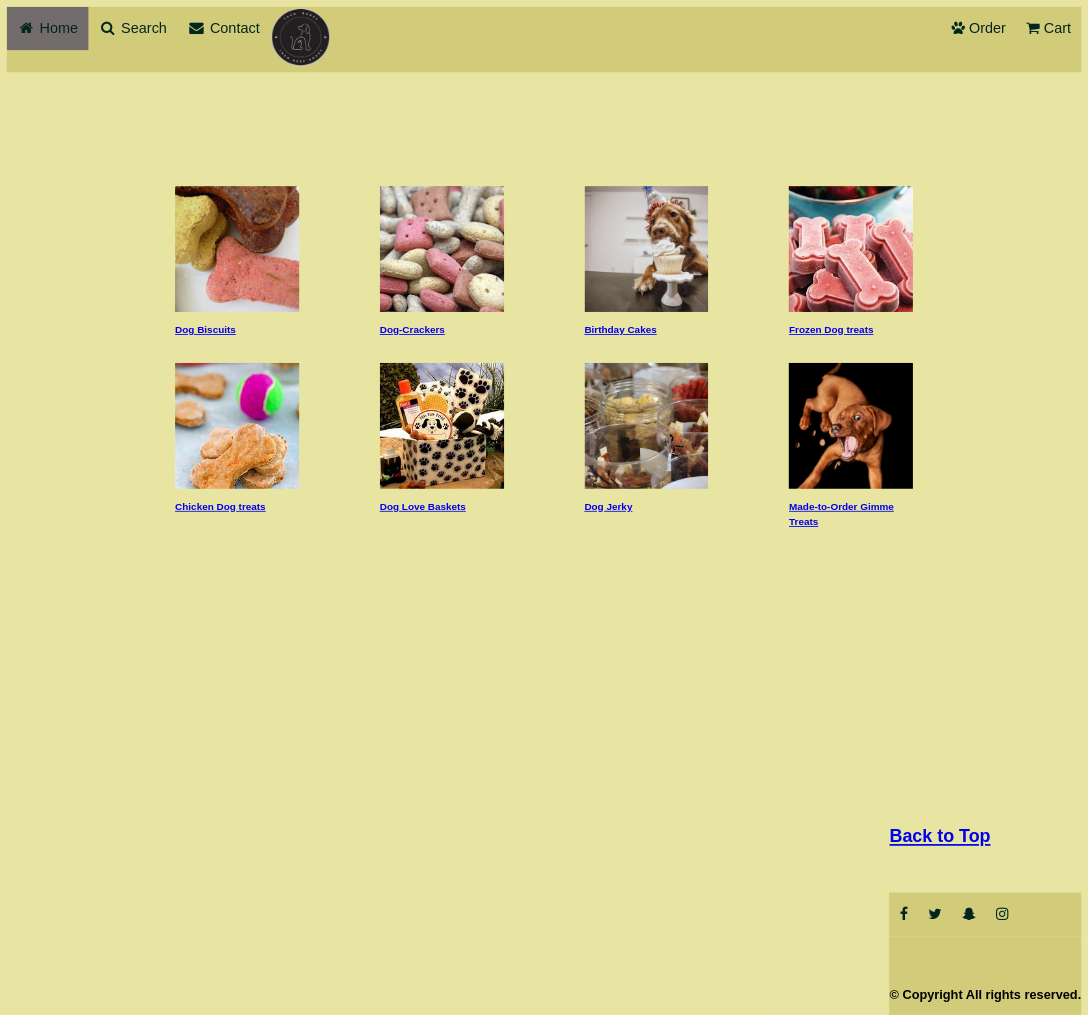
Repository: vgoins-RA2022/HTML-1
Page: index.html
These files come from the project's save history. The page is drawn as it stood at one moment and after the next save; the edit follows.
The browser window is 1280 px wide. The pictures show the whole page, at 85% of full size.

Above is the page before, as saved 2023-01-21 19:05:46.

### index.html
<!DOCTYPE html>
<html lang="en">

<head>
  <meta charset="UTF-8">
  <meta name="viewport" content="width=device-width, initial-scale=1">
  <link rel="stylesheet" href="https://cdnjs.cloudflare.com/ajax/libs/font-awesome/4.7.0/css/font-awesome.min.css">
  <link rel="stylesheet" href="../HTML-1/src/css/Style.css" type="text/css">
  <title>Simple HTML Assignment 1</title>
</head>

<header>
    <!-- setup top navigator bar. position logo, home and contact navators on the left-->
    <div class="navbar" float: left>
      <img src="src/img/them-bones-logo.png" alt="them-bones-logo" class="logo" >
      <a class="active" href="#"><i class="fa fa-fw fa-home"></i> Home</a>
      <a href="#"><i class="fa fa-fw fa-search"></i> Search</a>
      <a href="#"><i class="fa fa-fw fa-envelope"></i> Contact</a>
      <!-- position order and cart navigators on the right -->
    <div class="right"><a href="#"><i class="fa fa-paw" aria-hidden="true"></i> Order</a>
    <div class="right"><a href="#"><i class="fa fa-shopping-cart" aria-hidden="true"></i> Cart</a>
    </div>
  </header>

<body>
  <div class="container">
     <!-- set of store gallery of self-contained items enclosed in the figure tags  -->
    <div class="gallery">

      <figure class="gallery__item gallery__item--1">
            <img src="src/img/animal-dog- biscuits.jpg" alt="animal-dog-biscuits" class="gallery__img" >
              <h3 class= image-text>
                <h3><a href="#">Dog Biscuits</a></h3>
              </h3>
        </figure>
        <figure class="gallery__item gallery__item--2">
            <img src="src/img/animal-dog- crackers.jpg" alt="animal-dog-crackers" class="gallery__img">
                <h3 class= image-text>
                  <h3><a href="#">Dog-Crackers</a></h3>
                </h3>

        </figure>
        <figure class="gallery__item gallery__item--3">
            <img src="src/img/dog-happy-birthday.jpg" alt="dog-happy-birthday" class="gallery__img">
              <h3 class= image-text></h3>
                <h3><a href="#">Birthday Cakes</a></h3>
               </h3>
        </figure>
        <figure class="gallery__item gallery__item--4">
            <img src="src/img/frozen-dog-treats.jpg" alt="frozen-dog-treats" class="gallery__img">
              <h3 class= image-text>
                 <h3><a href="#">Frozen Dog treats</a></h3>
              </h3>
        </figure>
        <figure class="gallery__item gallery__item--5">
            <img src="src/img/chicken-dog-treat.jpg" alt="chicken-dog-treats" class="gallery__img">
              <h3 class= image-text>
                <h3><a href="#">Chicken Dog treats</a></h3>
              </h3>
        </figure>
        <figure class="gallery__item gallery__item--6">
            <img src="src/img/doggy-love-basket.jpg" alt="doggy-love-basket" class="gallery__img">
            <h3 class= image-text>
            <h3><a href="#">Dog Love Baskets</a></h3>
            </h3>
        </figure>
        <figure class="gallery__item gallery__item--7">
            <img src="src/img/Dog-jerkey.png" alt="dog-jerky" class="gallery__img">
            <h3 class= image-text>
              <a href="#">Dog Jerky</a></h3>
            </h3>
        </figure>
        <figure class="gallery__item gallery__item--8">
          <img src="src/img/gimme-dog treats.jpg" alt="gimme-dog-treats" class="gallery__img">
          <h3 class= image-text>
            <a href="#">Made-to-Order Gimme Treats</a>
          </h3>
        </figure>

      </div>
  </div>

  <a href="#" class="button">
    <div class="right"><span class="label"><h3>Back to Top</h3></span>
  </a>
</body>

<footer>
  <!-- <div> id="footer"</div>  footer id attribute -->

  <!-- setup navigator bar in the footer of copywright and social media icons -->

    <div class="navbar" float: left>
    <!-- <div class="left"> -->

      <a href="#"><i class="fa fa-facebook"></i> </a>
      <a href="#"><i class="fa fa-twitter"></i> </a>
      <a href="#"><i class="fa fa-snapchat-ghost"></i> </a>
      <a href="#"><i class="fa fa-instagram"></i> </a>

    </div>
    <div class="navbar" float:right>
        <p class="copyright"> <h2>&copy; Copyright All rights reserved.</h2> </p>
    </div>

  </footer>
</html>

### src/css/Style.css

/* align navigation bar items */
.left-menu {
  grid-column: 1;
}
.right-menu {
  grid-column: -1;
}
/* format logo position, width and height */
.logo {
  grid-column: 3;
  grid-area: logo;
  place-self: center;
  width: 10vh;
  height: 10vh;
  justify-self: center;
  background-color:#d2cc7a;
}

/* style the navigation bar */
.navbar a {
float: left;
padding-top: 70px;
padding: 12px;
color: #02261d;
text-decoration: none;
font-size: 17px;
}
/* set the size of the images */
img {
  width: 400px;
  height: 80px;
}
/* change color of navigation item when cursor hovers */
.navbar a:hover {
background-color: #8e8c8c;
}
.active {
background-color: #736c6c;
}
.left {
  float: left;
}

.right {
  float: right;
 }

.navbar a {
    float: left;
    display: block;
}

.navbar {
    width: 100%;
    background-color: #d2cc7a;
    overflow: auto;
}

.logo img {
    display: inline-block;
    vertical-align: top;
    width: 50px;
    height: 50px;
    margin-right: 20px;
    margin-top: 15px;
}



html {
  box-sizing: border-box;
  font-size: 62.5%;
}

body {
  font-family: "Nunito", sans-serif;
  background-color: rgba(216, 212, 98, 0.585);
  font-weight: 300;
  line-height: 1.6;
}

.container {
  width: 75%;
  margin: 2rem auto;
}

.gallery {
  display: grid;
  grid-template-columns: repeat(8, 1fr);
  grid-template-rows: repeat(8, 5vw);
  grid-gap: 1.5rem;
  row-gap: 40px;
}

.gallery__img {
  width: 100%;
  height: 100%;
  object-fit: cover;
  display: block;
}

.image-txt {
  margin: 3%;
  position: absolute;
  top: 20px;
  left: 50px;
}
/* set length and position of store gallery items */
.gallery__item--1 {
  grid-column: 1 / span 2;
  grid-row: 2 / span 2;
}
.gallery__item--2 {
  grid-column: 3 / span 2;
  grid-row: 2 / span 2;
}
.gallery__item--3 {
  grid-column: 5 / span 2;
  grid-row: 2 / span 2;
}
.gallery__item--4 {
  grid-column: 7 / span 2;
  grid-row: 2 / span 2;
}
.gallery__item--5 {
  grid-column: 1 / span 2;
  grid-row: 4 / span 2;
}
.gallery__item--6 {
  grid-column: 3 / span 2;
  grid-row: 4 / span 2;
}
.gallery__item--7 {
  grid-column: 5 / span 2;
  grid-row: 4 / span 2;
}
.gallery__item--8 {
  grid-column: 7 / span 2;
  grid-row: 4 / span 2;
}
/* Style the button */
.button {
  outline: none;
  padding: 10px 16px;

  cursor: pointer;
  font-size: 18px;
}


.button:hover {
  background-color: #ddd;
}

.button.active {
  background-color: #666;
  color: white;
}

.footer {
  background: #061D25;
  padding: 10px 0;
}
.footer a {
  color: #70726F;
  font-size: 20px;
  padding: 10px;
  border-right: 1px solid #70726F;
  transition: all .5s ease;
}
.flex-container {
  display: flex;
  background: #d2cc7a;
}

.copyright{
  text-align: center;
  padding-top: 24px;
  font-weight: 500;
  opacity: 0.8;
  font-size: 16px;
}
@media (max-width: 767px) {

    .h6{
      margin: 0 auto;
      text-align: center;
      margin-top: 10px;
      margin-bottom: 10px;
    }
    .ul{
      text-align: center;
    }
    .social{
        width: 100%;
        margin: 0 auto;
        text-align: center;
        padding: 40px;
        padding-bottom: 0px;
        border-top: 1px solid #eee;
        margin-top: 50px;
    }

  }

After the next save:
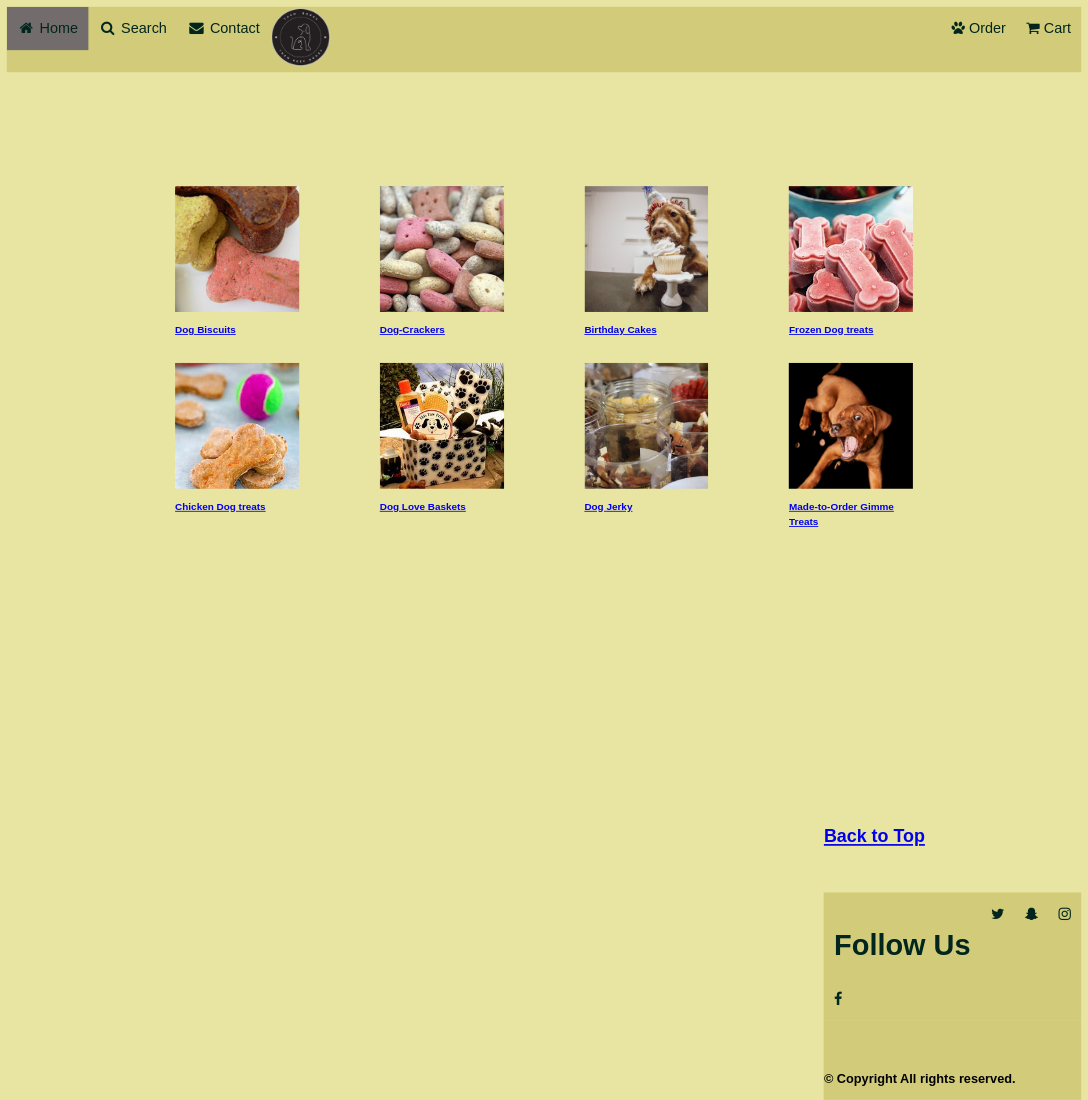
Saved 10 s later.
--- a/index.html
+++ b/index.html
@@ -93,7 +93,7 @@
     <div class="navbar" float: left>
     <!-- <div class="left"> -->
 
-      <a href="#"><i class="fa fa-facebook"></i> </a>
+      <a href="#"><h1>Follow Us</h1><i class="fa fa-facebook"></i> </a>
       <a href="#"><i class="fa fa-twitter"></i> </a>
       <a href="#"><i class="fa fa-snapchat-ghost"></i> </a>
       <a href="#"><i class="fa fa-instagram"></i> </a>
